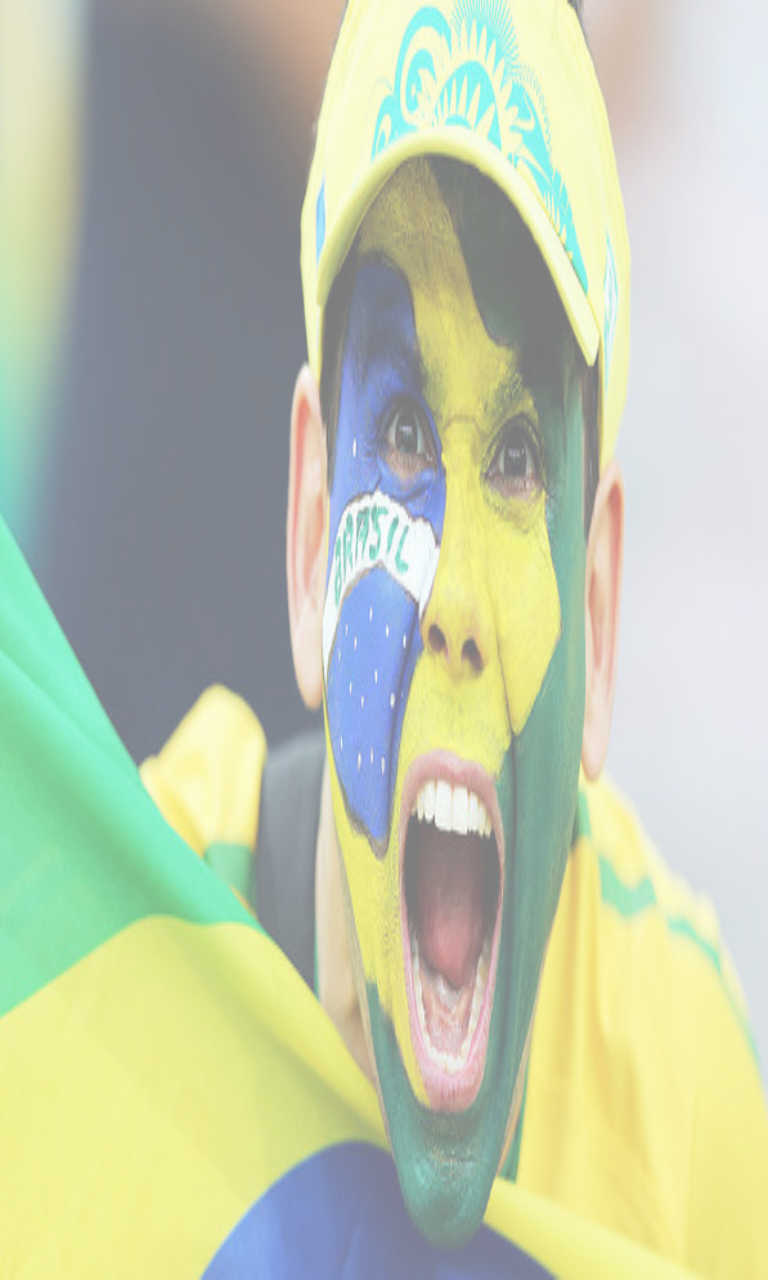
Repository: wellingtondessuy/AppLearning
Layout: HappyApp/res/layout/fragment_2.xml
The author's editor kept a copy of each file at every save. The layout is drawn from the files as they stood at one save, then again after the next save.
It is drawn on a 768 x 1280 px phone screen (xhdpi) without system bars, with theme AppTheme; the app's code is not run.

Above is the layout before, as saved 2015-05-22 14:20:49.

### HappyApp/res/layout/fragment_2.xml
<RelativeLayout xmlns:android="http://schemas.android.com/apk/res/android"
    xmlns:tools="http://schemas.android.com/tools"
    android:layout_width="match_parent"
    android:layout_height="match_parent"
    android:background="@drawable/back_1"
    android:alpha="0.5"
    tools:context="com.example.happyapp.MainActivity$PlaceholderFragment" >

</RelativeLayout>

### HappyApp/res/values/strings.xml
<?xml version="1.0" encoding="utf-8"?>
<resources>

    <string name="app_name">HappyApp</string>
    <string name="title_section1">Section 1</string>
    <string name="title_section2">Section 2</string>
    <string name="title_section3">Section 3</string>
    <string name="hello_world">Hello world!</string>
    <string name="action_settings">Settings</string>
    <string name="signup">Quero ser sócio!</string>
    <string name="login">Já sou sócio</string>
    <string name="presentation1">Associe-se e tenha muitas vantagens na hora de torcer</string>
	<string name="presentation2">Vantagem blabla</string>
    <string name="presentation3">Vantagem blabla</string>
    <string name="presentation4">Vantagem blabla</string>
    <string name="presentation5">Vantagem blabla</string>

</resources>

Loaded but not shown: HappyApp/res/values/styles.xml (common file); HappyApp/res/values-v11/styles.xml (common file); HappyApp/res/values-v14/styles.xml (common file)

After the next save:
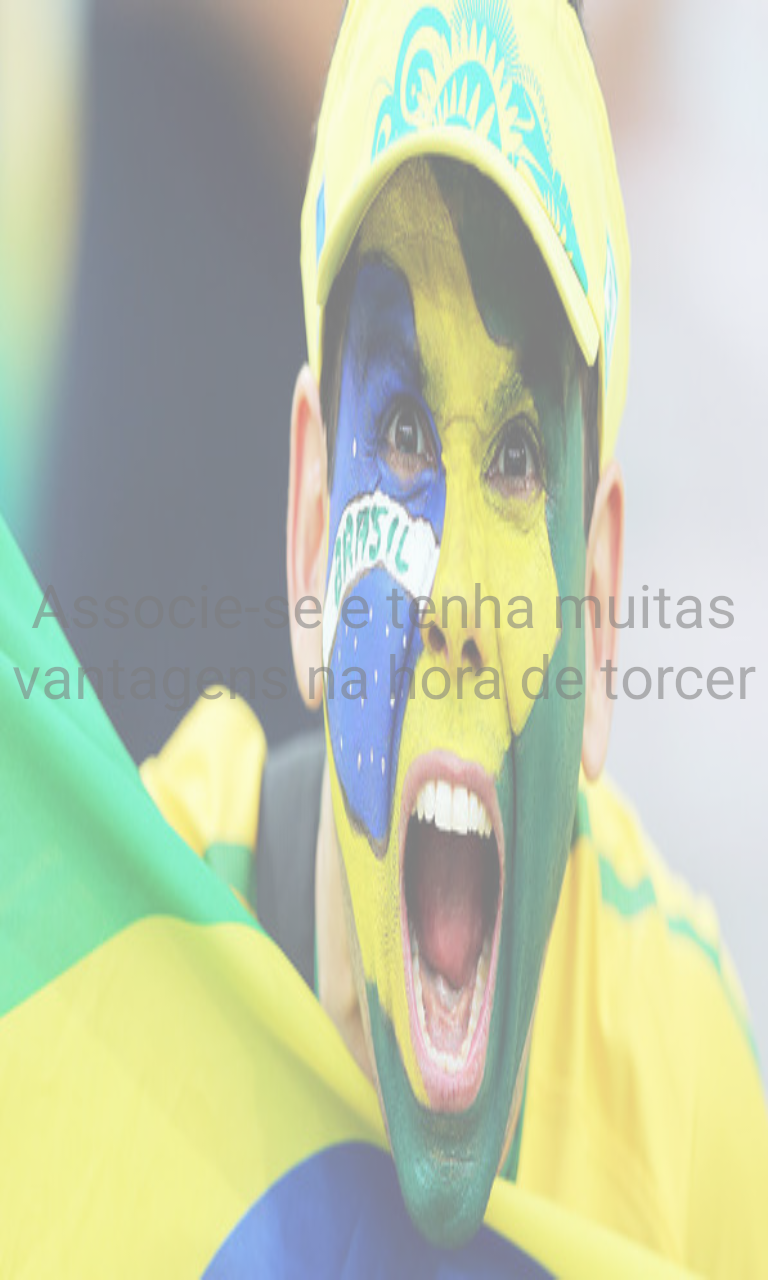
Saved 33 s later.
--- a/HappyApp/res/layout/fragment_2.xml
+++ b/HappyApp/res/layout/fragment_2.xml
@@ -6,4 +6,12 @@
     android:alpha="0.5"
     tools:context="com.example.happyapp.MainActivity$PlaceholderFragment" >
 
+    <TextView
+	    android:text="@string/presentation1"
+	    android:textSize="30sp"
+	    android:layout_width="match_parent"
+	    android:layout_height="match_parent"
+	    android:gravity="center"
+	    />
+
 </RelativeLayout>
